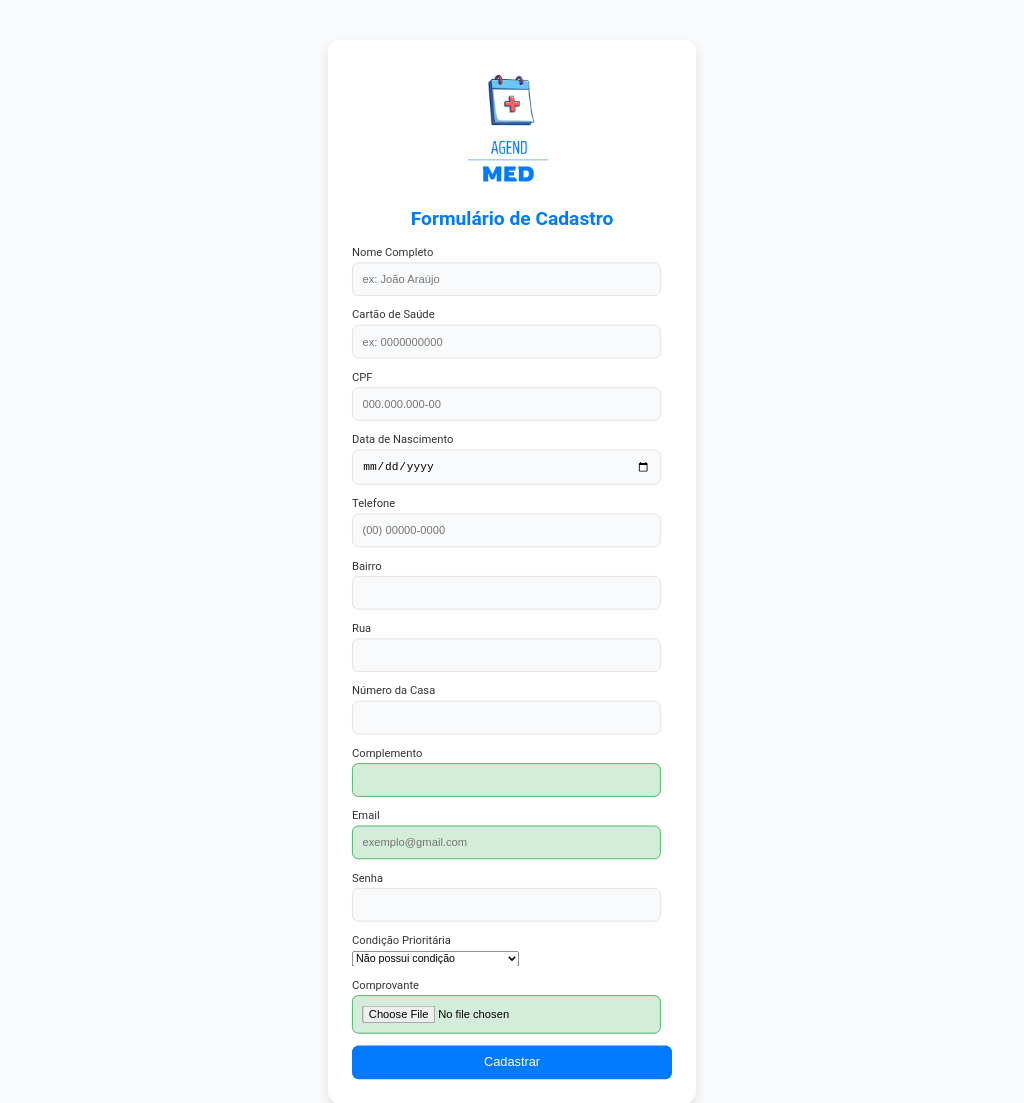
Repository: AgendMed/agendmed.github.io
Page: http://localhost/Paciente/cadastro/
The author's editor kept a copy of each file at every save. The page is drawn from the files as they stood at one save, then again after the next save.
The browser window is 1280 px wide. The pictures show the whole page, at 80% of full size.
The page is served by the project's application, run on Django 5.2 (manage.py). Other server files are loaded and not shown.

Above is the page before, as saved 2025-01-21 20:51:00.

### templates/usuarios/cadastro.html
{% load static %}
<!DOCTYPE html>
<html lang="pt-br">
<head>
    <meta charset="UTF-8">
    <meta name="viewport" content="width=device-width, initial-scale=1.0">
    <title>Cadastro de Paciente</title>
    <link rel="stylesheet" href="{% static 'css/cadastro.css' %}">
</head>
<body>
    <div class="content">
        <div class="form-container">
            <img src="{% static 'img/Logo-branca-AgendMed.png' %}" alt="Logo AgendMed" id="imagem">

            <h2>Formulário de Cadastro</h2>

            <form method="POST" enctype="multipart/form-data" action="{% url 'Paciente:cadastro_paciente' %}">
                {% csrf_token %}

                <!-- Campo Nome Completo -->
                <label for="nome_completo">Nome Completo</label>
                <input type="text" id="nome_completo" name="nome_completo" value="{{ form.nome_completo.value|default:'' }}" placeholder="ex: João Araújo" required>

                <!-- Campo Cartão de Saúde -->
                <label for="cartao_saude">Cartão de Saúde</label>
                <input type="text" id="cartao_saude" name="cartao_saude" value="{{ form.cartao_saude.value|default:'' }}" placeholder="ex: 0000000000" required>

                <!-- Campo CPF -->
                <label for="cpf">CPF</label>
                <input type="text" id="cpf" name="cpf" value="{{ form.cpf.value|default:'' }}" placeholder="000.000.000-00" required>

                <!-- Campo Data de Nascimento -->
                <label for="data_nascimento">Data de Nascimento</label>
                <input type="date" id="data_nascimento" name="data_nascimento" value="{{ form.data_nascimento.value|default:'' }}" required>

                <!-- Campo Telefone -->
                <label for="telefone">Telefone</label>
                <input type="tel" id="telefone" name="telefone" value="{{ form.telefone.value|default:'' }}" placeholder="(00) 00000-0000" required>

                <!-- Campo Bairro -->
                <label for="bairro">Bairro</label>
                <input type="text" id="bairro" name="bairro" value="{{ form.Bairro.value|default:'' }}" required>

                <!-- Campo Rua -->
                <label for="rua">Rua</label>
                <input type="text" id="rua" name="rua" value="{{ form.Rua.value|default:'' }}" required>

                <!-- Campo Número da Casa -->
                <label for="num_casa">Número da Casa</label>
                <input type="text" id="num_casa" name="num_casa" value="{{ form.NumeroCasa.value|default:'' }}" required>

                <!-- Campo Complemento -->
                <label for="complemento">Complemento</label>
                <input type="text" id="complemento" name="complemento" value="{{ form.complemento.value|default:'' }}">

                <!-- Campo Email -->
                <label for="email">Email</label>
                <input type="email" id="email" name="email" value="{{ form.email.value|default:'' }}" autocomplete="email" placeholder="exemplo@gmail.com">

                <!-- Campo Senha -->
                <label for="senha">Senha</label>
                <input type="password" id="senha" name="senha" value="{{ form.senha.value|default:'' }}" autocomplete="current-password" required>

                <!-- Campo Condição Prioritária -->
                <label for="condicao_prioritaria">Condição Prioritária</label>
                <select id="condicao_prioritaria" name="condicao_prioritaria">
                    <option value="nenhuma" {% if form.condicao_prioritaria.value == 'nenhuma' %}selected{% endif %}>Não possui condição</option>
                    <option value="gravidez" {% if form.condicao_prioritaria.value == 'gravidez' %}selected{% endif %}>Gravidez (Gestante)</option>
                    <option value="idoso" {% if form.condicao_prioritaria.value == 'idoso' %}selected{% endif %}>Idoso (60 anos ou mais)</option>
                    <option value="doencas_cronicas" {% if form.condicao_prioritaria.value == 'doencas_cronicas' %}selected{% endif %}>Doenças Crônicas Graves</option>
                    <option value="urgencia" {% if form.condicao_prioritaria.value == 'urgencia' %}selected{% endif %}>Urgências e Emergências</option>
                    <option value="deficiencia" {% if form.condicao_prioritaria.value == 'deficiencia' %}selected{% endif %}>Deficiências Físicas ou Mentais</option>
                    <option value="imunossupresso" {% if form.condicao_prioritaria.value == 'imunossupresso' %}selected{% endif %}>Pacientes Imunossuprimidos</option>
                    <option value="doencas_infectocontagiosas" {% if form.condicao_prioritaria.value == 'doencas_infectocontagiosas' %}selected{% endif %}>Doenças Infectocontagiosas</option>
                </select>

                <!-- Campo Comprovante (Arquivo) -->
                <label for="comprovante">Comprovante</label>
                <input type="file" id="comprovante" name="comprovante" value="{{ form.comprovante.value|default:'' }}">

                <!-- Botão de Envio -->
                <button type="submit">Cadastrar</button>
            </form>

            <!-- Exibição de erros -->
            {% if form.errors %}
                <ul>
                    {% for field in form %}
                        {% for error in field.errors %}
                            <li>{{ error }}</li>
                        {% endfor %}
                    {% endfor %}
                </ul>
            {% endif %}
        </div>
    </div>
</body>
</html>

### Paciente/forms.py
from django import forms
from .models import Usuario, Paciente


class CadastroPacienteForm(forms.ModelForm):
    # Campos do modelo Usuario
    nome_completo = forms.CharField(max_length=150, required=True)
    cpf = forms.CharField(max_length=14, required=True)
    telefone = forms.CharField(max_length=15, required=False)
    Bairro = forms.CharField(max_length=255, required=False)
    Rua = forms.CharField(max_length=255, required=False)
    complemento = forms.CharField(max_length=255, required=False)
    NumeroCasa = forms.CharField(max_length=30, required=False)

    # Campos do modelo Paciente
    cartao_saude = forms.CharField(max_length=15, required=True)
    data_nascimento = forms.DateField(required=True)
    condicao_prioritaria = forms.ChoiceField(choices=Paciente._meta.get_field('condicao_prioritaria').choices, required=False)
    comprovante = forms.FileField(required=False)


    class Meta:
        model = Paciente
        fields = ['cartao_saude', 'data_nascimento', 'condicao_prioritaria', 'comprovante']

    def save(self, commit=True):
        # Salva o usuário primeiro
        usuario_data = {
            'username': self.cleaned_data['cpf'],  # Usando o CPF como username por exemplo
            'nome_completo': self.cleaned_data['nome_completo'],
            'cpf': self.cleaned_data['cpf'],
            'telefone': self.cleaned_data['telefone'],
            'Bairro': self.cleaned_data['Bairro'],
            'Rua': self.cleaned_data['Rua'],
            'complemento': self.cleaned_data['complemento'],
            'NumeroCasa': self.cleaned_data['NumeroCasa'],
        }

        usuario = Usuario.objects.create(**usuario_data)

        # Cria o paciente associado ao usuário
        paciente_data = {
            'usuario': usuario,
            'cartao_saude': self.cleaned_data['cartao_saude'],
            'data_nascimento': self.cleaned_data['data_nascimento'],
            'condicao_prioritaria': self.cleaned_data['condicao_prioritaria'],
            'comprovante': self.cleaned_data['comprovante'],
        }

        paciente = Paciente.objects.create(**paciente_data)

        return paciente

### Paciente/models.py
from datetime import date
from django.db import models
from django.conf import settings
from django.core.validators import MinLengthValidator

from users.models import Usuario


class Paciente(models.Model):
    usuario = models.ForeignKey(settings.AUTH_USER_MODEL, on_delete=models.CASCADE)
    cartao_saude = models.IntegerField(unique=True)
    data_nascimento = models.DateField(verbose_name="Data de nascimento", default=date(2000, 1, 1), null=False)
    condicao_prioritaria = models.CharField(
        max_length=50,
        choices=[
            ('nenhuma', 'Não possui condição'),
            ('gravidez', 'Gravidez (Gestante)'),
            ('idoso', 'Idoso (60 anos ou mais)'),
            ('doencas_cronicas', 'Doenças Crônicas Graves'),
            ('urgencia', 'Urgências e Emergências'),
            ('deficiencia', 'Deficiências Físicas ou Mentais'),
            ('imunossupresso', 'Pacientes Imunossuprimidos'),
            ('doencas_infectocontagiosas', 'Doenças Infectocontagiosas'),
        ],
        default='nenhuma',
        null=True,
        blank=True
    )
    comprovante = models.FileField(upload_to='comprovantes/', null=True, blank=True)

    def __str__(self):
        return self.usuario.nome_completo

### Paciente/views.py
#views.py

from django.shortcuts import render, redirect
from django.shortcuts import render, redirect
from .forms import CadastroPacienteForm
from django.contrib.auth import authenticate, login
from django.shortcuts import render, redirect
from django.contrib.auth.forms import AuthenticationForm
from django.contrib import messages
def cadastro_paciente(request):
    if request.method == 'POST':
        # Formulário enviado pelo cliente
        form = CadastroPacienteForm(request.POST, request.FILES)  # Captura os dados e arquivos
        if form.is_valid():  # Valida o formulário
            form.save()  # Salva os dados no banco de dados
            return redirect('template/sucesso.html')  # Redireciona para a página de sucesso
        else:
            # Formulário inválido, renderiza com os erros
            return render(request, 'usuarios/cadastro.html', {'form': form})
    else:
        # Requisição GET: exibe o formulário vazio
        form = CadastroPacienteForm()
        return render(request, 'usuarios/cadastro.html', {'form': form})


def sucesso(request):
    return render(request, 'sucesso.html')

def Index_view(request):
    return render(request, 'Login/index.html')

def login_view(request):
    if request.method == 'POST':
        form = AuthenticationForm(data=request.POST)
        if form.is_valid():
            user = form.get_user()
            login(request, user)
            return redirect('Paciente:sucesso')
        else:
            messages.error(request, "Usuário ou senha inválidos.")
    else:
        form = AuthenticationForm()

    return render(request, 'Login/login.html', {'form': form})

### AgendMed/urls.py
import os
from django.contrib import admin
from django.conf import settings
from django.conf.urls.static import static
from AgendMed.settings import BASE_DIR
from django.urls import path, include, re_path
from django.views.generic import TemplateView
from django.views.static import serve
import os

BASE_DIR = os.path.dirname(os.path.dirname(os.path.abspath(__file__)))

urlpatterns = [
    path('admin/', admin.site.urls),
    path('Paciente/', include('Paciente.urls')),

    # Servir o index.html diretamente
    re_path(r'^$', serve, {'path': 'index.html', 'document_root': BASE_DIR}),
]


if settings.DEBUG:
    urlpatterns += static(settings.STATIC_URL, document_root=settings.STATICFILES_DIRS[0])

### Paciente/urls.py
from django.urls import path
from . import views

app_name = 'Paciente'

urlpatterns = [
    path('sucesso/', views.sucesso, name='sucesso'),
    path('cadastro/', views.cadastro_paciente, name='cadastro_paciente'),
    path('login/', views.login_view, name='login'),
    path('index/', views.Index_view, name='index'),

]

### static/css/cadastro.css
body {
    font-family: 'Roboto', sans-serif;
    background-color: #f9fafc;
    margin: 0;
    padding: 0;
}

.header {
    text-align: center;
    padding: 20px;
    background-color: #007bff;
    color: #fff;
    font-size: 24px;
    font-weight: 700;
}

.content {
    display: flex;
    flex-direction: column;
    align-items: center;
    margin-top: 50px;
}

.form-container {
    background: #ffffff;
    border-radius: 15px;
    padding: 30px;
    width: 90%;
    max-width: 400px;
    box-shadow: 0 6px 15px rgba(0, 0, 0, 0.1);
    transition: transform 0.3s ease, box-shadow 0.3s ease;
}

.form-container:hover {
    transform: translateY(-5px);
    box-shadow: 0 10px 20px rgba(0, 0, 0, 0.2);
}

.form-container img {
    display: block;
    margin: 0 auto 20px;
    max-width: 40%;
}

.form-container h2 {
    text-align: center;
    color: #007bff;
    margin-bottom: 20px;
    font-weight: 700;
}

.form-container h4 {
    text-align: center;
    color: #007bff;
    margin-bottom: 5px;
    font-weight: 700;
}

.form-container hr {
    color: #007bff;
}

.form-container label {
    font-size: 14px;
    color: #333;
    display: block;
    margin-bottom: 5px;
    margin-top: 15px;
}

.form-container input {
    width: 100%;
    padding: 12px;
    border: 1px solid #ddd;
    border-radius: 8px;
    font-size: 14px;
    background-color: #f9fafc;
    transition: border-color 0.3s ease, background-color 0.3s ease;
    width: 90%;
}

/* Borda cinza */
.form-container input:not(:focus):not(:valid) {
    border-color: #ddd;
    background-color: #f9fafc;
}

/* Borda azul no foco */
.form-container input:focus {
    border-color: #007bff;
    outline: none;
}

/* Borda verde quando válido */
.form-container input:valid {
    border-color: #28a745;
    background-color: #d4edda;
}

/* Borda vermelha quando inválido */
.form-container input:invalid {
    border-color: #f44336;
    background-color: #ffe6e6;
}

.form-container button {
    width: 100%;
    padding: 12px;
    border: none;
    border-radius: 8px;
    background-color: #007bff;
    color: #fff;
    font-size: 16px;
    font-weight: 500;
    cursor: pointer;
    transition: background-color 0.3s ease;
    margin-top: 15px;
}

.form-container button:hover {
    background-color: #0056b3;
}

.form-container .link {
    text-align: center;
    margin-top: 15px;
    font-size: 14px;
}

.form-container .link a {
    color: #007bff;
    text-decoration: none;
}

.form-container .link a:hover {
    text-decoration: underline;
}

.form-container span {
    color: red;
    font-size: 0.8em;
}

/* Estilo geral para os avisos de erro */
.error-message {
    color: #f44336;
    font-size: 14px;
    font-family: 'Arial', sans-serif;
    margin-top: 5px;
    padding: 5px;
    border-left: 3px solid #f44336; /* Borda fina */
    background-color: #ffe6e6; /* Fundo suave */
    display: none;
    margin-bottom: 10px;
    border-radius: 5px;
    box-shadow: 0 1px 2px rgba(0, 0, 0, 0.1); /* Sombras sutis */
}

/* Mostrar erro para campos inválidos */
input:invalid + .error-message {
    display: block;
}

#imagem{
    width: 50%;
}

After the next save:
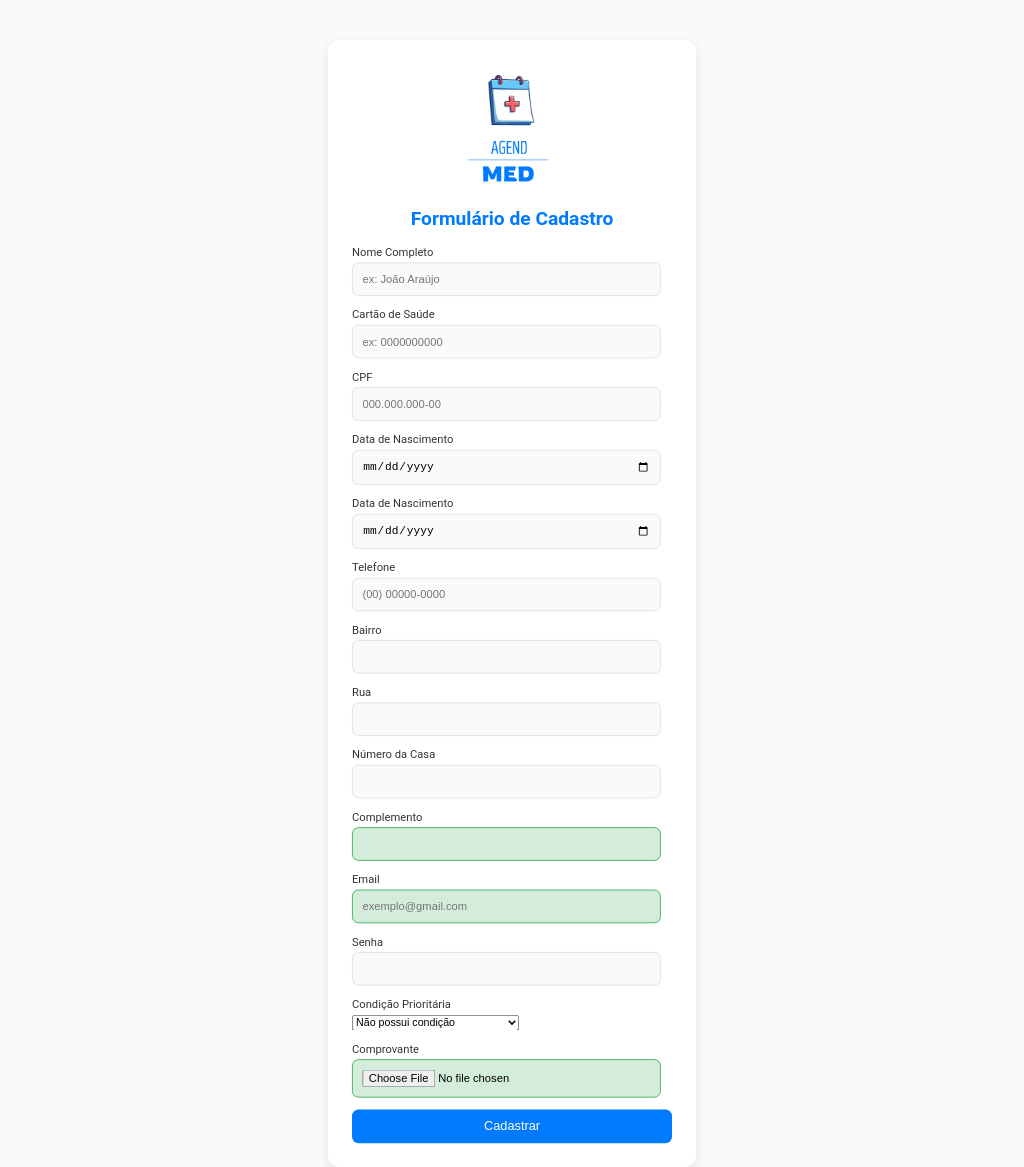
Saved 5 min 44 s later.
--- a/templates/usuarios/cadastro.html
+++ b/templates/usuarios/cadastro.html
@@ -30,6 +30,9 @@
                 <input type="text" id="cpf" name="cpf" value="{{ form.cpf.value|default:'' }}" placeholder="000.000.000-00" required>
 
                 <!-- Campo Data de Nascimento -->
+
+                <label for="data_nascimento">Data de Nascimento</label>
+<input type="date" id="data_nascimento" name="data_nascimento" value="{{ form.data_nascimento.value|default:'' }}" required>
                 <label for="data_nascimento">Data de Nascimento</label>
                 <input type="date" id="data_nascimento" name="data_nascimento" value="{{ form.data_nascimento.value|default:'' }}" required>
 

After the 6 saves that followed:
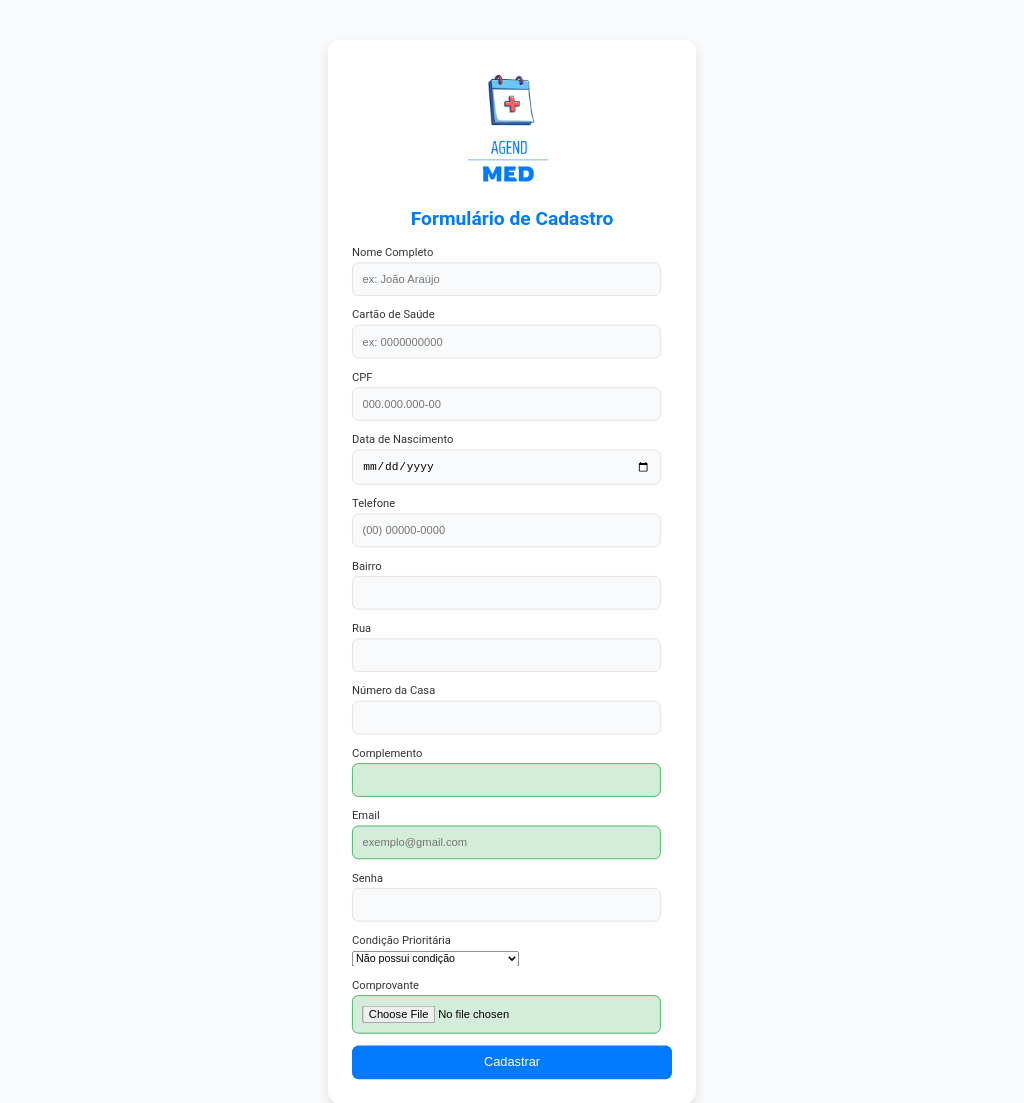
The 6 saves are shown as one change because 3 left the picture as it was and some came seconds apart.
The last was saved 52 s later.
--- a/templates/usuarios/cadastro.html
+++ b/templates/usuarios/cadastro.html
@@ -31,8 +31,6 @@
 
                 <!-- Campo Data de Nascimento -->
 
-                <label for="data_nascimento">Data de Nascimento</label>
-<input type="date" id="data_nascimento" name="data_nascimento" value="{{ form.data_nascimento.value|default:'' }}" required>
                 <label for="data_nascimento">Data de Nascimento</label>
                 <input type="date" id="data_nascimento" name="data_nascimento" value="{{ form.data_nascimento.value|default:'' }}" required>
 
